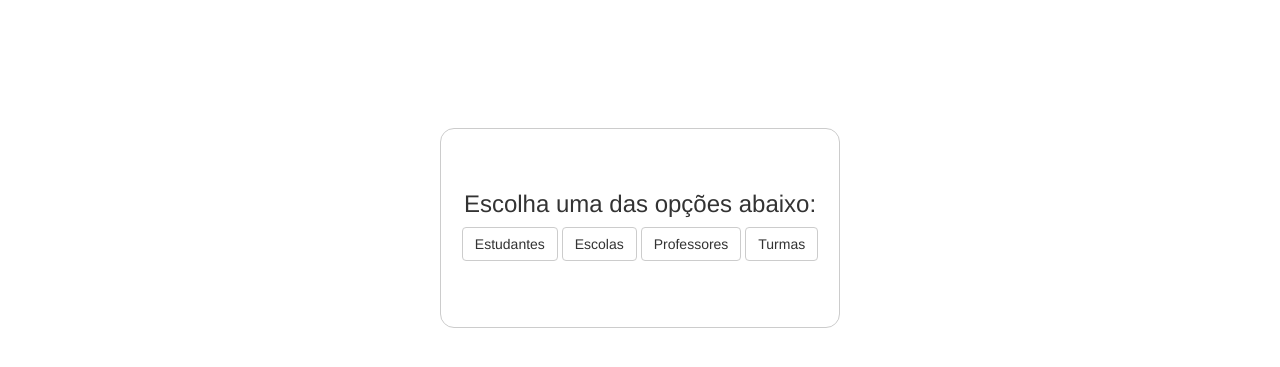
Repository: ipti/br.tag.webservice
Page: http://localhost/Restful-API-TAG/
The author's editor kept a copy of each file at every save. The page is drawn from the files as they stood at one save, then again after the next save.
The browser window is 1280 px wide. The pictures show the whole page.
The page is served by Tomcat 9. Other server files are loaded and not shown.

Above is the page before, as saved 2016-04-27 13:17:48.

### Restful-API-TAG/WebContent/index.jsp
<%@ page language="java" contentType="text/html; charset=ISO-8859-1"
	pageEncoding="ISO-8859-1"%>
<!DOCTYPE html PUBLIC "-//W3C//DTD HTML 4.01 Transitional//EN" "http://www.w3.org/TR/html4/loose.dtd">
<html>
<head>
<link rel="stylesheet" href="css/styles.css">
<link href="css/bootstrap.min.css" rel="stylesheet">
<meta http-equiv="Content-Type" content="text/html; charset=ISO-8859-1">
<title>API TAG</title>
</head>
<body>

	<div id="mainDiv">
		<h3 id="titleH3">Escolha uma das opções abaixo:</h3>

		<div class="btn-group-md text-center" role="group" aria-label="...">
			<button type="button" class="btn btn-default">Estudantes</button>

			<button type="button" class="btn btn-default">Escolas</button>

			<button type="button" class="btn btn-default">Professores</button>

			<button type="button" class="btn btn-default">Turmas</button>
		</div>
	</div>
</body>
</html>

### Restful-API-TAG/WebContent/css/styles.css
@CHARSET "ISO-8859-1";

#mainDiv {
    /* Just to center the form on the page */
    margin: 10% auto;
    width: 400px;
    height: 200px;
    /* To see the outline of the form */
    padding: 1em;
    border: 1px solid #CCC;
    border-radius: 1em;
}

#titleH3 {
	text-align: center;
	margin-top: 13%;
}

Loaded but not shown: Restful-API-TAG/WebContent/css/bootstrap.min.css (library)

After the next save:
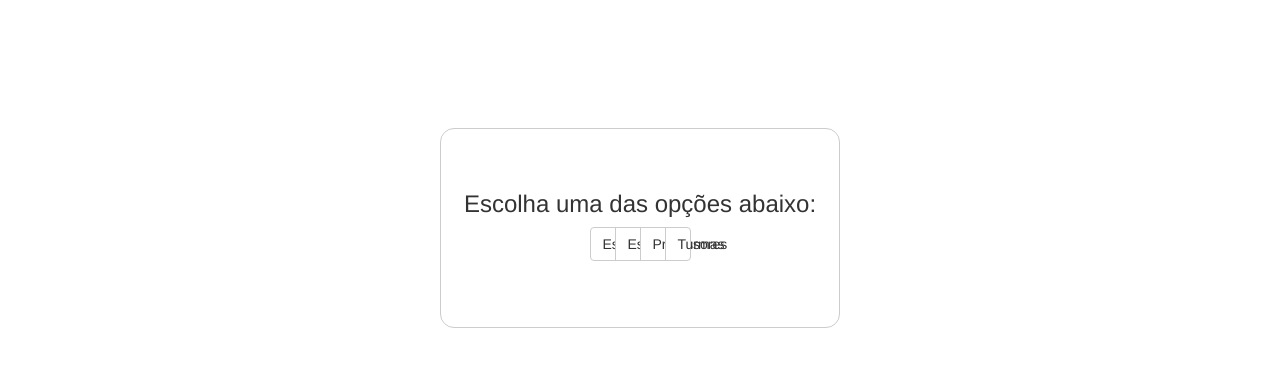
Saved 58 s later.
--- a/Restful-API-TAG/WebContent/index.jsp
+++ b/Restful-API-TAG/WebContent/index.jsp
@@ -13,7 +13,7 @@
 	<div id="mainDiv">
 		<h3 id="titleH3">Escolha uma das opções abaixo:</h3>
 
-		<div class="btn-group-md text-center" role="group" aria-label="...">
+		<div class="btn-group btn-group-justified text-center" role="group" aria-label="...">
 			<button type="button" class="btn btn-default">Estudantes</button>
 
 			<button type="button" class="btn btn-default">Escolas</button>

After the save that followed:
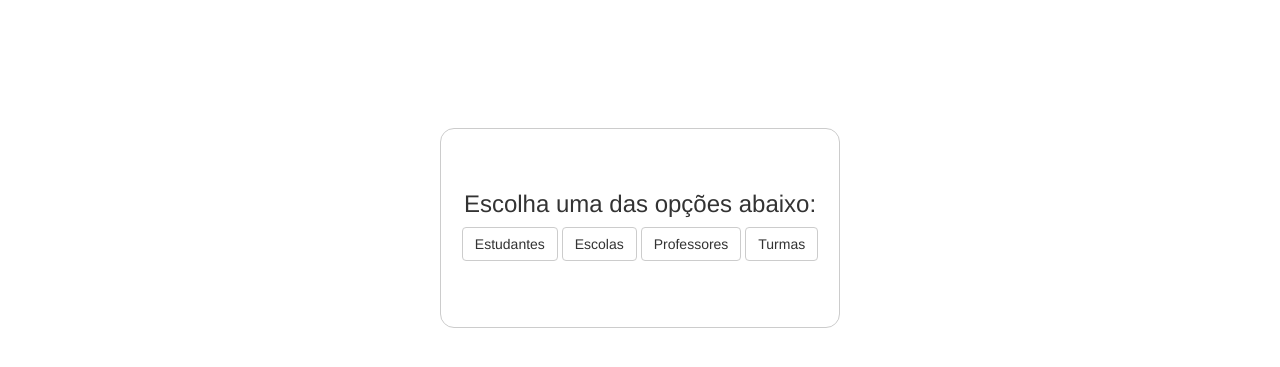
Saved 6 s later.
--- a/Restful-API-TAG/WebContent/index.jsp
+++ b/Restful-API-TAG/WebContent/index.jsp
@@ -13,7 +13,7 @@
 	<div id="mainDiv">
 		<h3 id="titleH3">Escolha uma das opções abaixo:</h3>
 
-		<div class="btn-group btn-group-justified text-center" role="group" aria-label="...">
+		<div class="btn-group-md text-center" role="group" aria-label="...">
 			<button type="button" class="btn btn-default">Estudantes</button>
 
 			<button type="button" class="btn btn-default">Escolas</button>
